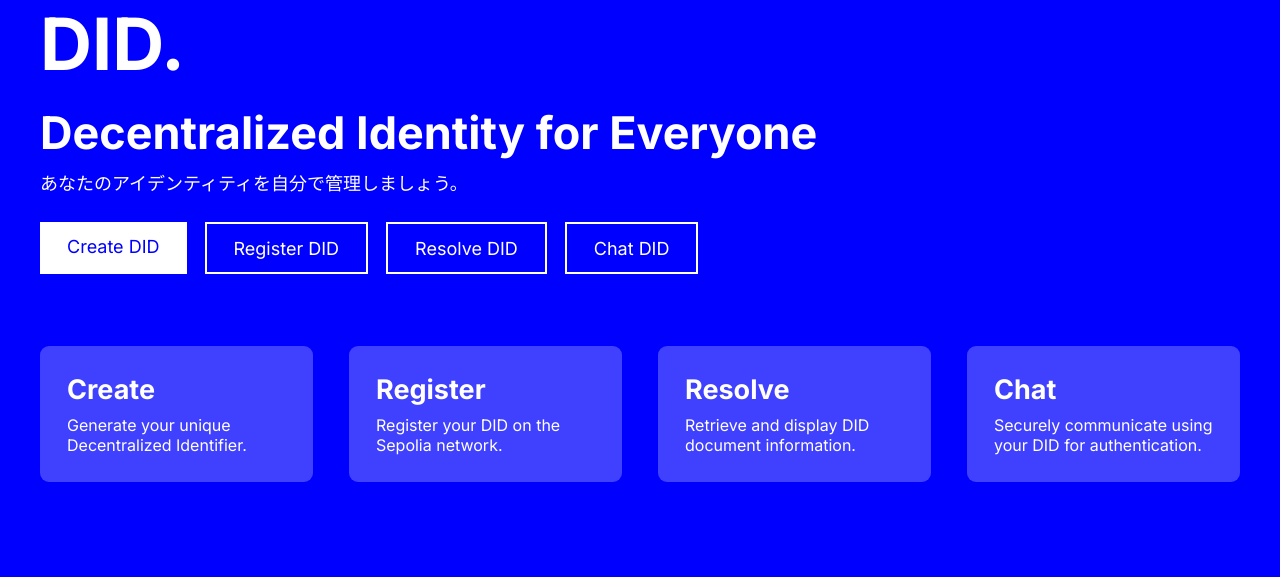
Repository: a7351220/ethr_did_demo
Page: /
An editor plug-in stored every save of this project. The page is shown before and after the next save, followed by the edit.
The browser window is 1280 px wide. The pictures show the whole page.
The project was rebuilt for these pictures with package versions that can differ from the ones it lists, and the page was loaded fresh each time. The framework's server and built-in components were replaced by stand-ins that run in the browser. Also part of the build but not shown: next.config.mjs.

Above is the page before, as saved 2024-07-10 17:21:28.

### src/app/page.tsx
import Link from 'next/link';

export default function Home() {
  return (
    <div className="container">
      <main>
        <section className="hero">
          <h1 className="title">DID.</h1>
          <h2 className="subtitle">Decentralized Identity for Everyone</h2>
          <p className="description">あなたのアイデンティティを自分で管理しましょう。</p>
          <div className="cta-buttons">
            <Link href="/did/create" className="cta-button primary">
              Create DID
            </Link>
            <Link href="/did/register" className="cta-button secondary">
              Register DID
            </Link>
            <Link href="/did/resolve" className="cta-button secondary">
              Resolve DID
            </Link>
            <Link href="/did/chat" className="cta-button secondary">
              Chat DID
            </Link>
          </div>
        </section>

        <section className="features">
          <div className="feature">
            <h3>Create</h3>
            <p>Generate your unique Decentralized Identifier.</p>
          </div>
          <div className="feature">
            <h3>Register</h3>
            <p>Register your DID on the Sepolia network.</p>
          </div>
          <div className="feature">
            <h3>Resolve</h3>
            <p>Retrieve and display DID document information.</p>
          </div>
          <div className="feature">
           <h3>Chat</h3>
          <p>Securely communicate using your DID for authentication.</p>
          </div>
        </section>
      </main>
    </div>
  );
}

### src/app/globals.css
:root {
  --primary-color: #0000ff;
  --secondary-color: #4040ff;
  --text-color: #ffffff;
  --font-size-base: 16px;
}

* {
  box-sizing: border-box;
  padding: 0;
  margin: 0;
}

html,
body {
  max-width: 100vw;
  overflow-x: hidden;
  font-family: -apple-system, BlinkMacSystemFont, Segoe UI, Roboto, Oxygen,
    Ubuntu, Cantarell, Fira Sans, Droid Sans, Helvetica Neue, sans-serif;
  font-size: var(--font-size-base);
  background-color: var(--primary-color);
  color: var(--text-color);
}

a {
  color: inherit;
  text-decoration: none;
}

.container {
  flex-direction: column;
  min-height: 100vh; /* 確保容器高度至少等於視窗高度 */
}

.hero {
  text-align: center;
  margin-bottom: 4rem;
}

.title {
  font-size: 4rem;
  margin-bottom: 1rem;
}

.subtitle {
  font-size: 2.5rem;
  margin-bottom: 0.5rem;
}

.description {
  font-size: 1rem;
  margin-bottom: 1.5rem;
}

.cta-buttons {
  display: flex;
  justify-content: center;
  gap: 1rem;
  flex-wrap: wrap;
}

.cta-button {
  padding: 0.75rem 1.5rem;
  font-size: 1rem;
  cursor: pointer;
  transition: background-color 0.3s ease;
}

.cta-button.primary {
  background-color: var(--text-color);
  color: var(--primary-color);
}

.cta-button.secondary {
  background-color: transparent;
  border: 2px solid var(--text-color);
  color: var(--text-color);
}

.features {
  display: grid;
  grid-template-columns: repeat(auto-fit, minmax(250px, 1fr));
  gap: 2rem;
  margin-top: 4rem;
}

.feature {
  background-color: var(--secondary-color);
  padding: 1.5rem;
  border-radius: 0.5rem;
}

.feature h3 {
  font-size: 1.5rem;
  margin-bottom: 0.5rem;
}

/* New styles for CreateDID and VerifyDID pages */
.input-group {
  display: flex;
  flex-direction: column;
  margin-bottom: 1rem;
}

.input {
  flex-grow: 1;
  padding: 0.5rem;
  font-size: 1rem;
  border: 1px solid var(--text-color);
  background-color: transparent;
  color: var(--text-color);
  margin-bottom: 1rem;
}

.result {
  margin-top: 2rem;
  padding: 1rem;
  background-color: rgba(255, 255, 255, 0.1);
  border-radius: 4px;
}

.result h2 {
  font-size: 1.2rem;
  margin-bottom: 0.5rem;
}

.did-value, .verify-result {
  font-family: monospace;
  word-break: break-all;
}

@media (min-width: 768px) {
  .hero {
    text-align: left;
  }

  .cta-buttons {
    justify-content: flex-start;
  }
}

@media (min-width: 1024px) {
  html {
    font-size: 18px;
  }

  .container {
    max-width: 1200px;
    margin: 0 auto;
  }
}

/* New styles for ChatDID page */
.chat-box {
  background-color: var(--secondary-color);
  padding: 1rem;
  border-radius: 8px;
  margin-top: 2rem;
}

.chat-history {
  margin-top: 1rem;
  max-height: 400px;
  overflow-y: auto;
}

.chat-message {
  background-color: rgba(255, 255, 255, 0.1);
  padding: 1rem;
  border-radius: 4px;
  margin-bottom: 0.5rem;
  word-break: break-word;
  display: flex;
  flex-direction: column;
}

.chat-message button {
  align-self: flex-end;
  background: none;
  border: none;
  color: var(--text-color);
  cursor: pointer;
  font-size: 0.9rem;
  margin-top: 0.5rem;
}

.details {
  margin-top: 0.5rem;
  background-color: rgba(0, 0, 0, 0.2);
  padding: 0.5rem;
  border-radius: 4px;
  word-break: break-word;
}

.chat-input {
  display: flex;
  align-items: center;
  margin-top: 1rem;
}

.chat-input .input {
  flex: 1;
  margin-right: 0.5rem;
}

.chat-input .cta-button {
  padding: 0.5rem 1rem;
  font-size: 1rem;
}


.footer {
  margin-top: auto; /* 將 footer 推到父容器的底部 */
  text-align: center; /* 可選，讓按鈕居中 */
  padding: 1rem;
}

Loaded but not shown: src/app/layout.tsx (common file)

After the next save:
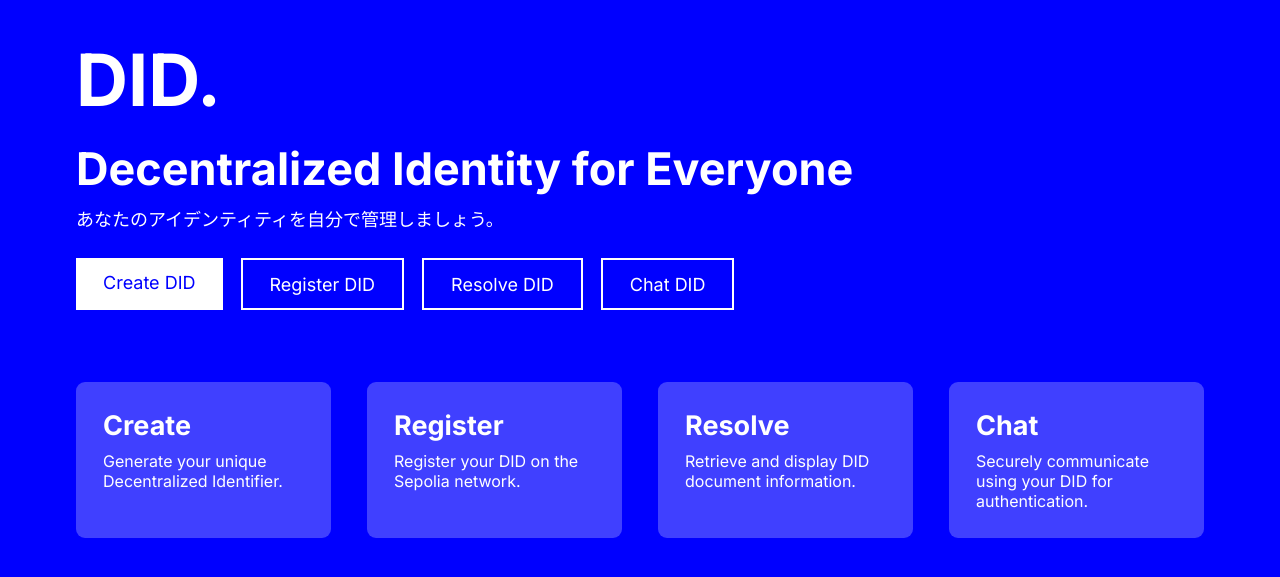
Saved 7 s later.
--- a/src/app/globals.css
+++ b/src/app/globals.css
@@ -28,8 +28,8 @@ a {
 }
 
 .container {
-  flex-direction: column;
-  min-height: 100vh; /* 確保容器高度至少等於視窗高度 */
+  min-height: 100vh;
+  padding: 2rem;
 }
 
 .hero {
@@ -213,4 +213,5 @@ a {
   margin-top: auto; /* 將 footer 推到父容器的底部 */
   text-align: center; /* 可選，讓按鈕居中 */
   padding: 1rem;
-}
+  background-color: #f1f1f1; /* 可選，增加背景色 */
+}
